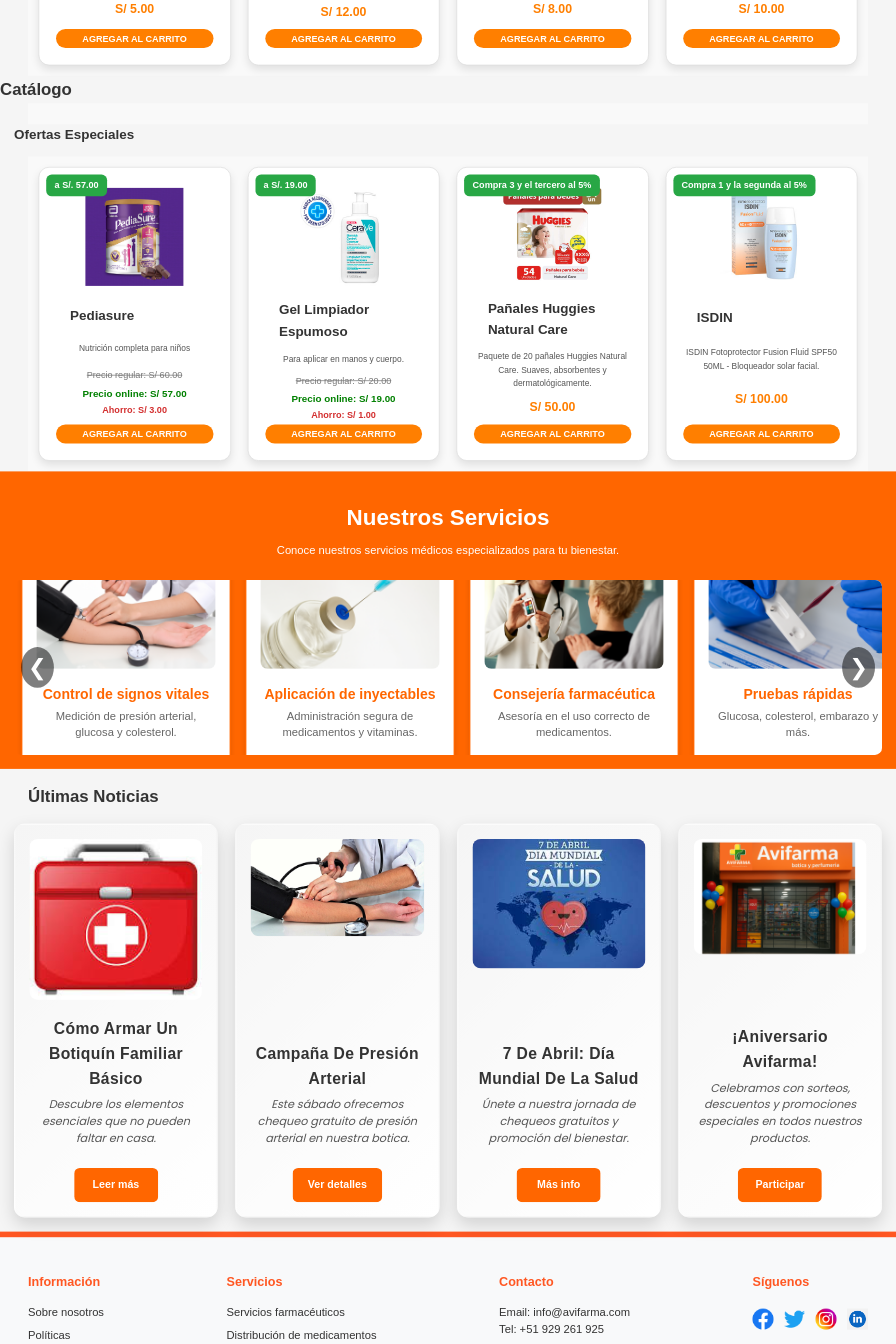
Repository: AVH75/avifarma-tienda
Page: index.html
These files come from the project's save history. The page is drawn as it stood at one moment and after the next save; the edit follows.
The browser window is 1280 px wide. The pictures show the part of the page from y = 768 to 2688 px (the page is 2873 px tall before and 2884 px after), at 70% of full size.

Above is the page before, as saved 2025-09-30 05:05:42.

After the next save:
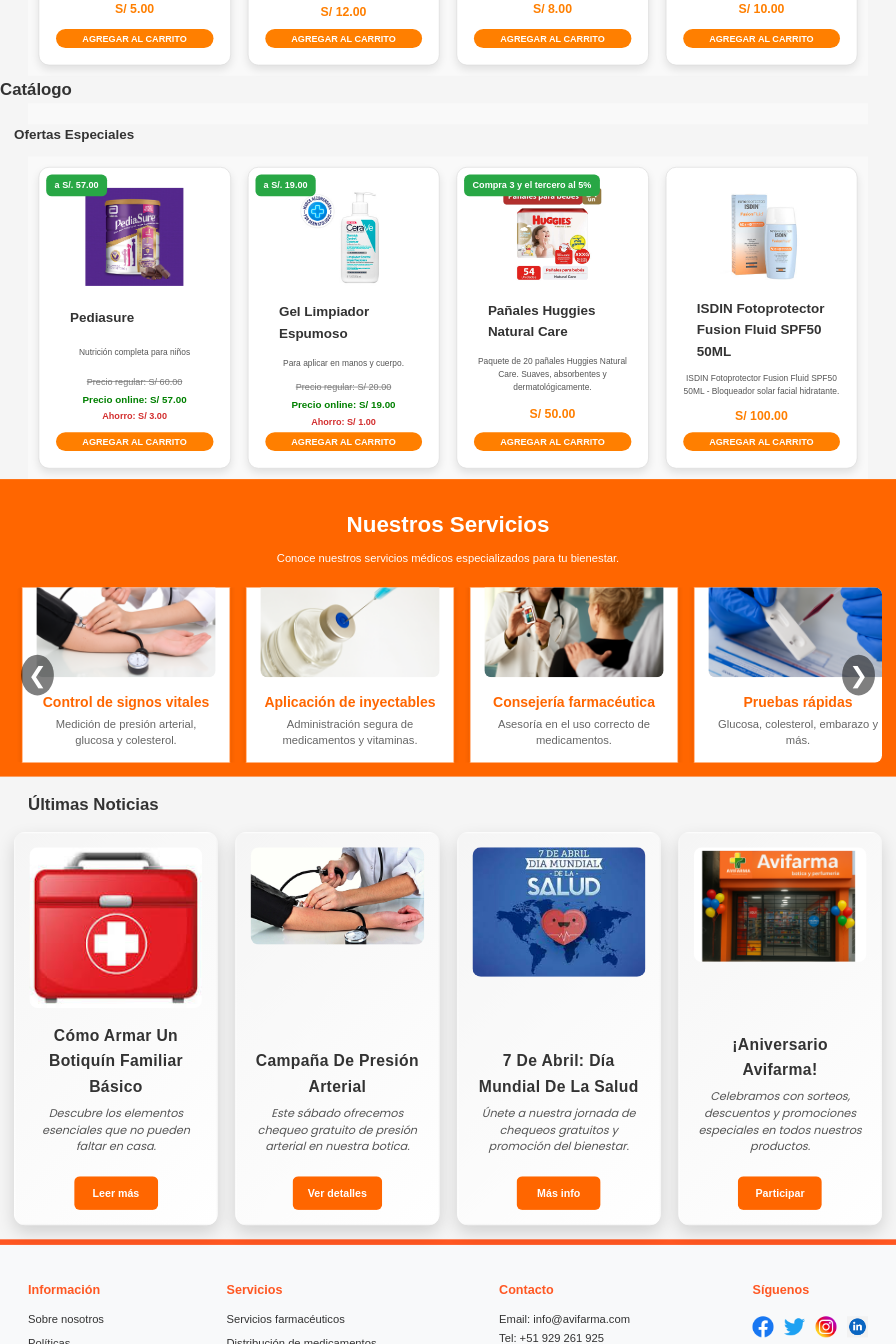
Saved 3 min 1 s later.
--- a/productos.json
+++ b/productos.json
@@ -165,26 +165,19 @@
     "ahorro_por_unidad": 2.50
   }
     },
-   {
+  {
   "id": 104,
-  "nombre": "ISDIN",
-  "descripcion": "ISDIN Fotoprotector Fusion Fluid SPF50 50ML - Bloqueador solar facial.",
+  "nombre": "ISDIN Fotoprotector Fusion Fluid SPF50 50ML",
+  "descripcion": "ISDIN Fotoprotector Fusion Fluid SPF50 50ML - Bloqueador solar facial hidratante.",
   "precio": 100.00,
   "precio_con_descuento": null,
-  "ahorro":null,
+  "ahorro": null,
   "stock": 10,
   "img": "img/ofertas/protector-solar.jpg",
-  "descuento": "Compra 1 y la segunda al 5%",
   "categoria": 4,
-  "subcategoria": 42,
-  "descuentoVolumen": {
-    "compra": 2,
-    "promo": 0.05,
-    "aplicaA": 2,
-    "precio_con_descuento_unidad": 95.00,
-    "ahorro_por_unidad": 5.00
-  }
+  "subcategoria": 42
 }
+
   ],
   "servicios": [
     {

After the save that followed:
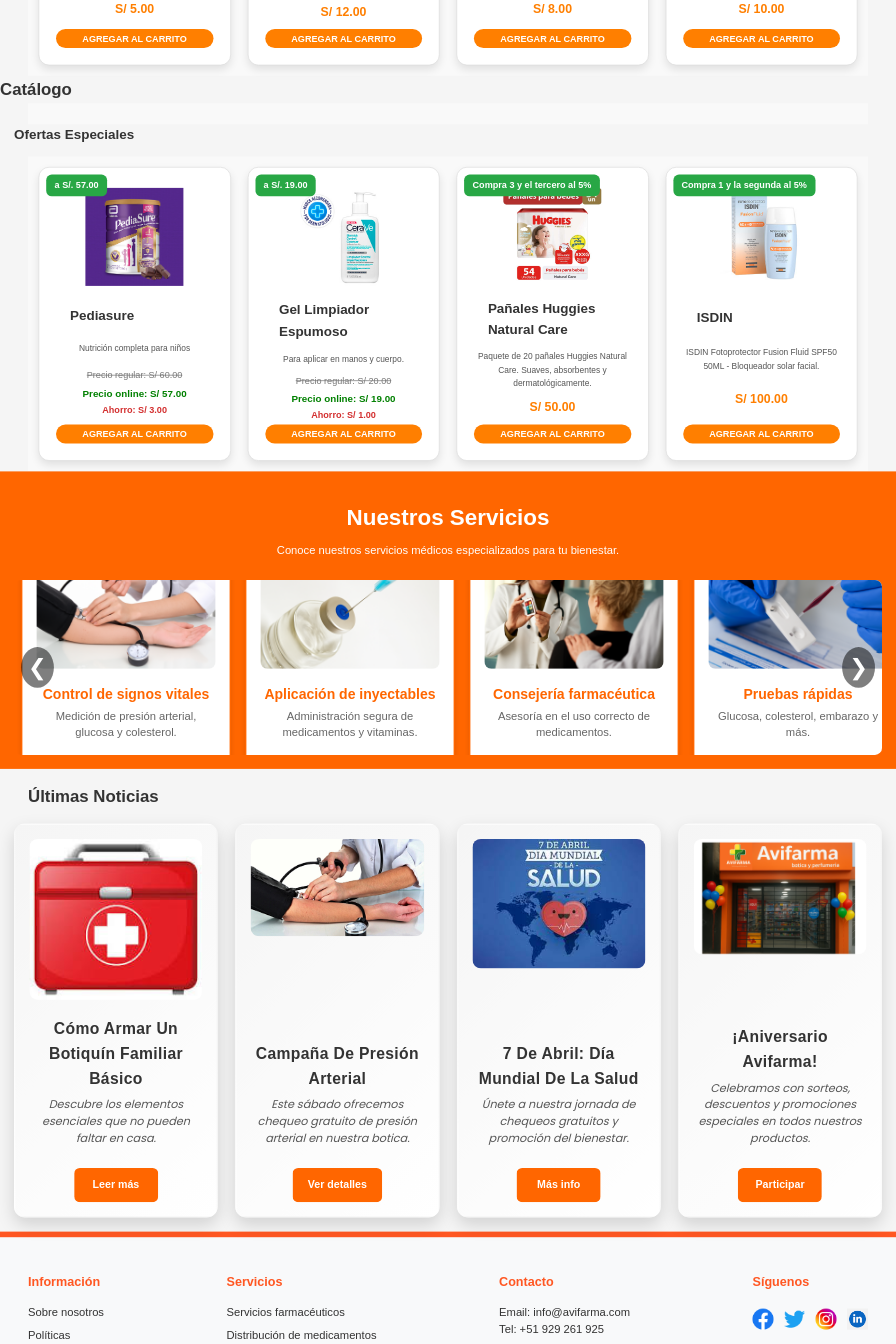
Saved 2 min 14 s later.
--- a/productos.json
+++ b/productos.json
@@ -165,19 +165,26 @@
     "ahorro_por_unidad": 2.50
   }
     },
-  {
+   {
   "id": 104,
-  "nombre": "ISDIN Fotoprotector Fusion Fluid SPF50 50ML",
-  "descripcion": "ISDIN Fotoprotector Fusion Fluid SPF50 50ML - Bloqueador solar facial hidratante.",
+  "nombre": "ISDIN",
+  "descripcion": "ISDIN Fotoprotector Fusion Fluid SPF50 50ML - Bloqueador solar facial.",
   "precio": 100.00,
   "precio_con_descuento": null,
-  "ahorro": null,
+  "ahorro":null,
   "stock": 10,
   "img": "img/ofertas/protector-solar.jpg",
+  "descuento": "Compra 1 y la segunda al 5%",
   "categoria": 4,
-  "subcategoria": 42
+  "subcategoria": 42,
+  "descuentoVolumen": {
+    "compra": 2,
+    "promo": 0.05,
+    "aplicaA": 2,
+    "precio_con_descuento_unidad": 95.00,
+    "ahorro_por_unidad": 5.00
+  }
 }
-
   ],
   "servicios": [
     {
